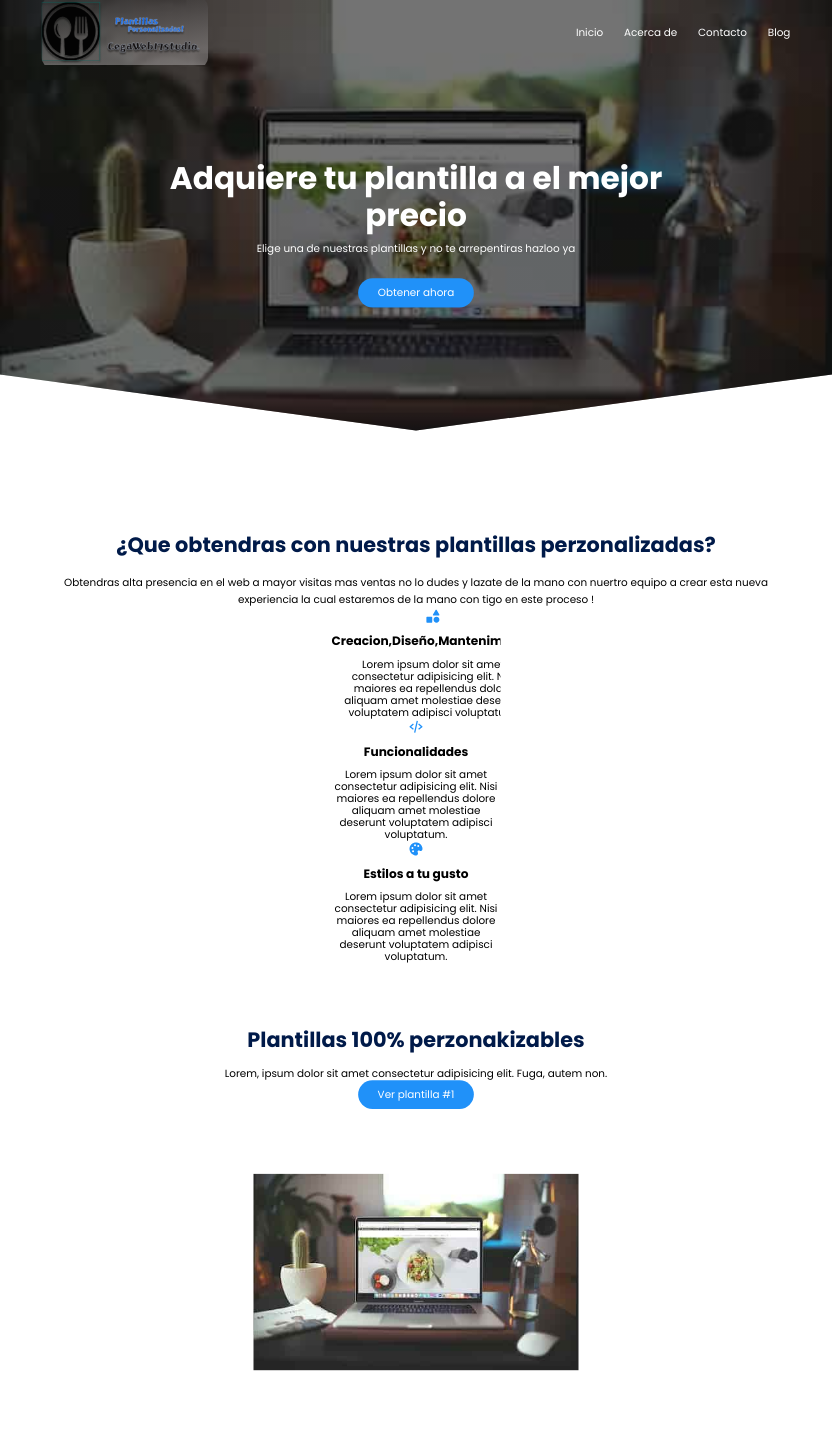
Repository: cega17/una-pagina-web
Page: index.html
These files come from the project's save history. The page is drawn as it stood at one moment and after the next save; the edit follows.
The browser window is 1280 px wide. The pictures show the whole page, at 65% of full size.

Above is the page before, as saved 2023-10-29 20:43:44.

### index.html
<!DOCTYPE html>
<html lang="en">
<head>
    <meta charset="UTF-8">
    <meta http-equiv="X-UA-Compatible" content="IE=edge">
    <meta name="viewport" content="width=device-width, initial-scale=1.0">
    <title>Una pagina web</title>
    <link rel="stylesheet" href="./css/normalize.css">
    <link rel="stylesheet" href="./css/styles.css">
    <link rel="icon" href="./imgs/logo.ico">
    <meta name="theme-color" content="#2091F9">

    <meta name="title" content="Obten la plantilla para tu negocio">
    <meta name="description"
        content="Hola, somos un equipo de desarrollo web que verás cuando busques algo de mi temática en Google.">
        <meta property="og:type" content="website">
    <meta property="og:url" content="Tu cueta donde este alojada la pagina web">

</head>
<body>

    <header class="hero">
        <nav class="nav container">
            <div class="nav__logo">
                <img src="./imgs/logo.ico" alt="" class="nav__title">
            </div>

            <ul class="nav__link nav__link--menu">
                <li class="nav__items">Inicio</li>
                <li class="nav__items">Acerca de</li>
                <li class="nav__items">Contacto</li>
                <li class="nav__items">Blog</li>

                <img src="./imgs/close.svg" alt="" class="nav__close">

            </ul>
            <div class="nav__menu">
                <img src="./imgs/menu.svg" alt="" class="nav__img">
            </div>
        </nav>

        <section class="hero__container container">
            <h1 class="hero__title">Adquiere tu plantilla a el mejor precio</h1>
            <p class="hero__paragrph">Elige una de nuestras plantillas y no te arrepentiras hazloo ya</p>
            <a href="#" class="cta">Obtener ahora</a>

        </section>

    </header>

    <main>

        <section class="container about">
            <h2 class="subtitle">¿Que obtendras con nuestras plantillas perzonalizadas?</h2>

            <p class="about__paragraph">Obtendras alta presencia en el web a mayor visitas mas ventas no lo dudes y lazate de la mano con nuertro equipo a crear esta nueva experiencia la cual estaremos de la mano con tigo en este proceso !
            </p>

            <div class="about__main">
                <article class="about__icons">
                    <img src="./imgs/shapes.svg" alt="" class="about__icon">
                    <h3 class="abiut__title">Creacion,Diseño,Mantenimiento</h3>
                    <p class="about__paragrapaph">Lorem ipsum dolor sit amet consectetur adipisicing elit. Nisi maiores ea repellendus dolore aliquam amet molestiae deserunt voluptatem adipisci voluptatum.</p>
                </article>
                <article class="about__icons">
                    <img src="./imgs/code.svg" alt="" class="about__icon">
                    <h3 class="abiut__title">Funcionalidades</h3>
                    <p class="about__paragrapaph">Lorem ipsum dolor sit amet consectetur adipisicing elit. Nisi maiores ea repellendus dolore aliquam amet molestiae deserunt voluptatem adipisci voluptatum.</p>
                </article>
                <article class="about__icons">
                    <img src="./imgs/paint.svg" alt="" class="about__icon">
                    <h3 class="abiut__title">Estilos a tu gusto </h3>
                    <p class="about__paragrapaph">Lorem ipsum dolor sit amet consectetur adipisicing elit. Nisi maiores ea repellendus dolore aliquam amet molestiae deserunt voluptatem adipisci voluptatum.</p>
                </article>

            </div>

            <section class="knowledge">
                <div class="knowledge__container container">
                    <div class="knowledge__texts">
                        <h2 class="subtitle">Plantillas 100% perzonakizables</h2>
                        <p class="knowledge__paragraph">Lorem, ipsum dolor sit amet consectetur adipisicing elit. Fuga, autem non.</p>
                        <a href="" class="cta">Ver plantilla #1</a>
                    </div>
                </div>
                <figure class="knowledge__picture">
                    <img src="./imgs/fondo-una-pagina.jpg" class="knowledge__img" alt="">

                </figure>
            </section>
        </section>
    </main>

</body>
</html>

### css/styles.css
@import url('https://fonts.googleapis.com/css2?family=Poppins:wght@300;400;600;700&display=swap');

:root {
    --padding-container: 100px 0;
    --color-title: #001A49;
}

body {
    font-family: 'Poppins', sans-serif;
}
.container{
    width: 90%;
    max-width: 1200px;
    margin: 0 auto;
    overflow: hidden;
    padding: var(--padding-container);
}

.hero{

    width: 100%;
    height: 100vh;
    min-height: 600px;
    max-height: 800px;
    position: relative;
    display: grid;
    grid-template-rows: 100px 1fr;
    color: #fff;
}

.hero::before{
    content: "";
    position: absolute;
    top: 0;
    left: 0;
    width: 100%;
    height: 100%;
    background-image: linear-gradient(180deg, #0000008c 0%, #0000008c 100%), url('../imgs/fondo-una-pagina.jpg');
    background-size: cover;
    clip-path: polygon(0 0, 100% 0, 100% 80%, 50% 92%, 0 80%);
    z-index: -1;
}

/* Inicio de nav*/

.nav{
    --padding-container:0;
    height: 100%;
    display:flex;
    align-items: center;
}
.nav__title{
    font-weight: 300;
}

.nav__link{
    margin-left: auto;
    padding: 0;
    display: grid;
    grid-auto-flow: column;
    grid-auto-columns: max-content;
    gap: 2em;
}
.nav__items{
    list-style: none;
}
.nav__links{
    color:#fff;
    text-decoration: none;
}
.nav__menu{
    margin-left: auto;
    cursor: pointer;
    display:none;
}
.nav__img{
    display: block;
    width: 30px;
}
.nav__close{
    display: var(--show, none);
}

/* fin de nav */

/* Inicio hero container */

.hero__container{
    max-width: 800px;
    --padding-container:0;
    display: grid;
    grid-auto-rows: max-content;
    align-content: center;
    gap: 1em;
    padding-bottom: 100px;
    text-align: center;
}
.nav__logo{
    background:linear-gradient(180deg, #4441418c 0%, #aeaaaa84 100%);
    border-radius:15px;


}
.hero__title{
    font-size: 3rem;

}
.hero__paragrph{
    margin-bottom: 20px;

}
.cta{
    display: inline-block;
    background-color: #2091f9;
    justify-self: center;
    color:#fff;
    text-decoration: none;
    padding:13px 30px ;
    border-radius: 32px;
}

/* Inicio about */

.about{
    text-align: center;
}
.subtitle{
    color: var( --color-title);
    font-size: 2rem;
    margin-bottom: 25px;
}
.about__paragraph{
    line-height: 1.7;
}
.about__icons{
    display: grid;
    gap: 1em;
    justify-items: center;
    width: 260px;
    overflow: hidden;
    margin: 0 auto;
}

### imgs/close.svg
<svg xmlns="http://www.w3.org/2000/svg" width="24" height="24" viewBox="0 0 24 24" style="fill: #fff);transform: ;msFilter:;"><path d="M12 2C6.486 2 2 6.486 2 12s4.486 10 10 10 10-4.486 10-10S17.514 2 12 2zm4.207 12.793-1.414 1.414L12 13.414l-2.793 2.793-1.414-1.414L10.586 12 7.793 9.207l1.414-1.414L12 10.586l2.793-2.793 1.414 1.414L13.414 12l2.793 2.793z"></path></svg>

### imgs/menu.svg
<svg xmlns="http://www.w3.org/2000/svg" width="24" height="24" viewBox="0 0 24 24" style="fill: #fff);transform: ;msFilter:;"><path d="M4 6h16v2H4zm4 5h12v2H8zm5 5h7v2h-7z"></path></svg>

### imgs/shapes.svg
<svg xmlns="http://www.w3.org/2000/svg" width="24" height="24" viewBox="0 0 24 24" style="fill: #2091f9;transform: ;msFilter:;"><path d="M17.867 2.504c-.355-.624-1.381-.623-1.736 0l-3.999 7A1 1 0 0 0 13 11h8a1.001 1.001 0 0 0 .868-1.496l-4.001-7zM3 22h7a1 1 0 0 0 1-1v-7a1 1 0 0 0-1-1H3a1 1 0 0 0-1 1v7a1 1 0 0 0 1 1zm14.5-9c-2.481 0-4.5 2.019-4.5 4.5s2.019 4.5 4.5 4.5 4.5-2.019 4.5-4.5-2.019-4.5-4.5-4.5z"></path></svg>

### imgs/code.svg
<svg xmlns="http://www.w3.org/2000/svg" width="24" height="24" viewBox="0 0 24 24" style="fill:  #2091f9;transform: ;msFilter:;"><path d="m7.375 16.781 1.25-1.562L4.601 12l4.024-3.219-1.25-1.562-5 4a1 1 0 0 0 0 1.562l5 4zm9.25-9.562-1.25 1.562L19.399 12l-4.024 3.219 1.25 1.562 5-4a1 1 0 0 0 0-1.562l-5-4zm-1.649-4.003-4 18-1.953-.434 4-18z"></path></svg>

### imgs/paint.svg
<svg xmlns="http://www.w3.org/2000/svg" width="24" height="24" viewBox="0 0 24 24" style="fill:  #2091f9;transform: ;msFilter:;"><path d="M9.38 21.646A9.985 9.985 0 0 0 12 22l.141-.001a2.998 2.998 0 0 0 2.515-1.425c.542-.876.6-1.953.153-2.88l-.198-.415c-.453-.942-.097-1.796.388-2.281.485-.485 1.341-.841 2.28-.388h.001l.413.199a2.99 2.99 0 0 0 2.881-.153A2.997 2.997 0 0 0 22 12.141a9.926 9.926 0 0 0-.353-2.76c-1.038-3.827-4.353-6.754-8.246-7.285-3.149-.427-6.241.602-8.471 2.833S1.666 10.247 2.096 13.4c.53 3.894 3.458 7.208 7.284 8.246zM15.5 6a1.5 1.5 0 1 1 0 3 1.5 1.5 0 0 1 0-3zm-5-1a1.5 1.5 0 1 1 0 3 1.5 1.5 0 0 1 0-3zM9 15.506a1.5 1.5 0 1 1-3 0 1.5 1.5 0 0 1 3 0zm-2.5-6.5a1.5 1.5 0 1 1-.001 3.001A1.5 1.5 0 0 1 6.5 9.006z"></path></svg>

Loaded but not shown: css/normalize.css (library)

After the next save:
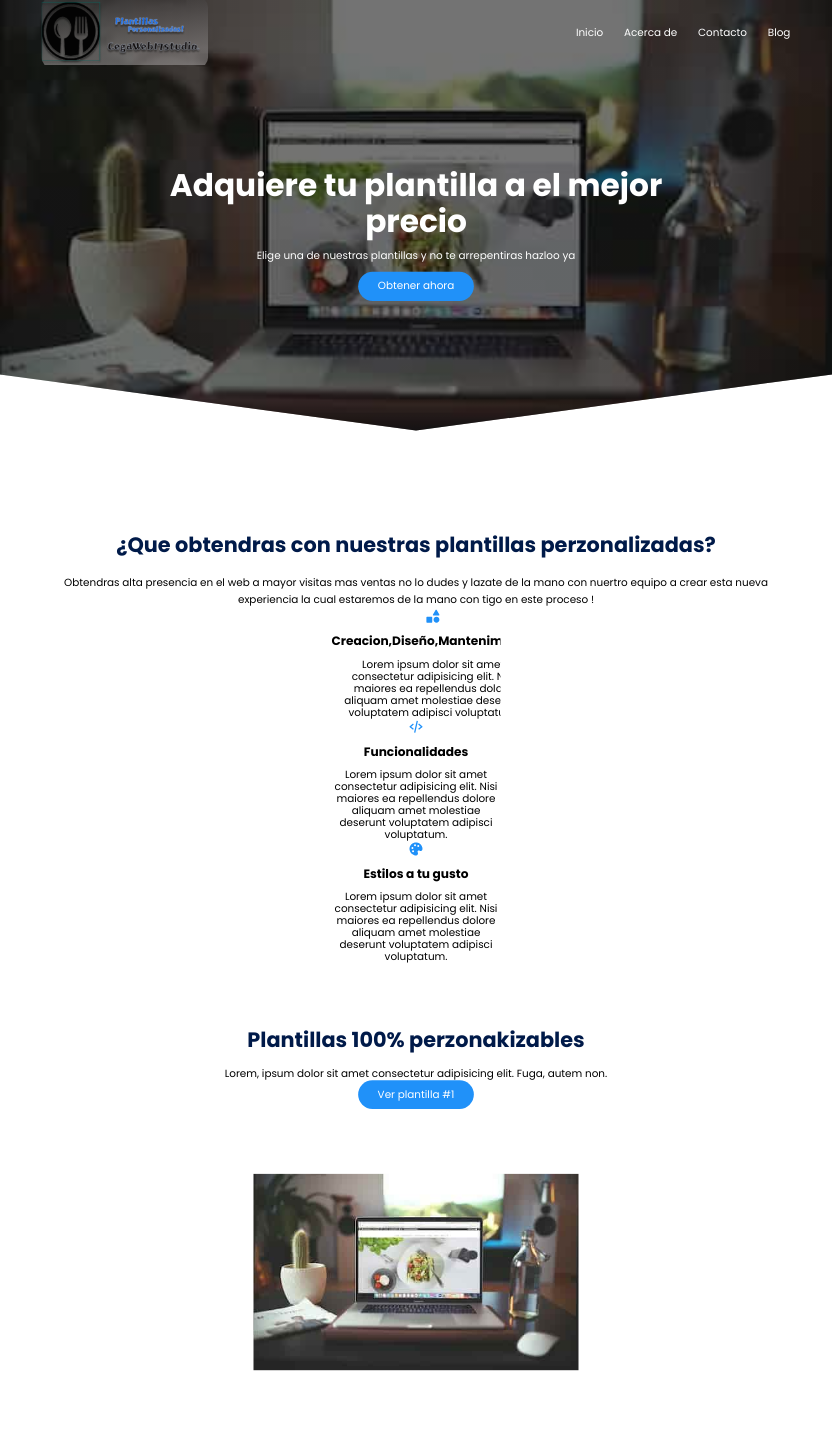
Saved 54 s later.
--- a/css/styles.css
+++ b/css/styles.css
@@ -105,7 +105,7 @@ body {
     font-size: 3rem;
 
 }
-.hero__paragrph{
+.hero__paragraph{
     margin-bottom: 20px;
 
 }
